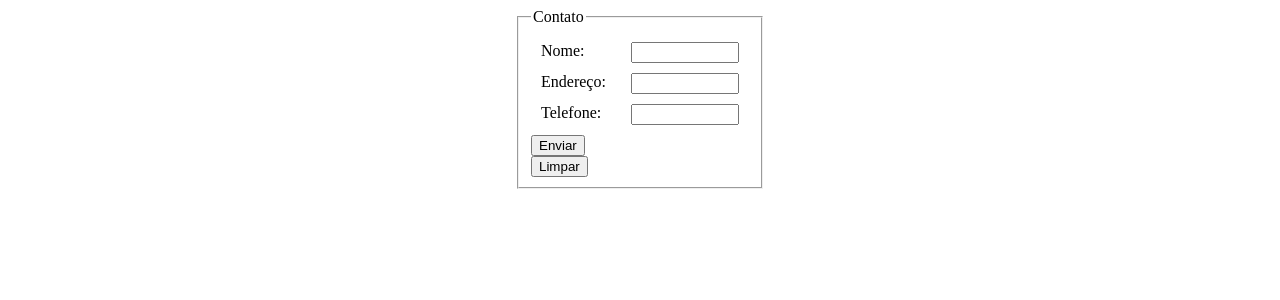
Repository: daniloserafim/trilha-backend-senai
Page: exemploServlet/WebContent/contato.html
These files come from the project's save history. The page is drawn as it stood at one moment and after the next save; the edit follows.
The browser window is 1280 px wide. The pictures show the whole page.

Above is the page before, as saved 2022-05-31 23:52:31.

### exemploServlet/WebContent/contato.html
<!DOCTYPE html>
<html>
<head>
<meta charset="ISO-8859-1">
<title>Insert title here</title>
<link rel="stylesheet" type="text/css" href="style.css">
</head>
<body>
	<form class="form" action="insereContato">
		<fieldset>
			<legend>Contato</legend>
			<div class="form-box">
				<div class="nome-box item-box">
					<div class="nome-title title-box">
						<label>Nome:</label>
					</div>
					<div class="nome-input input-box">
						<input type="text" name="nome" required>
					</div>
				</div>
				<div class="endereco-box item-box">
					<div class="endereco-title title-box">
						<label>Endereço:</label>
					</div>
					<div class="endereco-input input-box">
						<input required>
					</div>
				</div>
				<div class="telefone-box item-box">
					<div class="telefone-title title-box">
						<label>Telefone:</label>
					</div>
					<div class="telefone-input input-box">
						<input required>
					</div>
				</div>
				<div class="buttons-box">
					<div class="enviar-button-box button-box">
						<button class="enviar-button">
							Enviar
						</button>
					</div>
					<div class="limpar-button-box button-box">
						<button class="limpar-button">
							Limpar
						</button>
					</div>
				</div>
			</div>
		</fieldset>
	</form>
</body>
</html>

### exemploServlet/WebContent/style.css
@charset "ISO-8859-1";


body {
	display: flex;
	justify-content: center;
	align-items: center;
}

.form {
	width: 250px;
}

input {
	width: 100px;
}

.item-box {
	display: flex;
	flex-direction: row;
	margin: 10px;
	justify-content: space-between;
}

.title-box {
	margin-right: 10px;
}

After the next save:
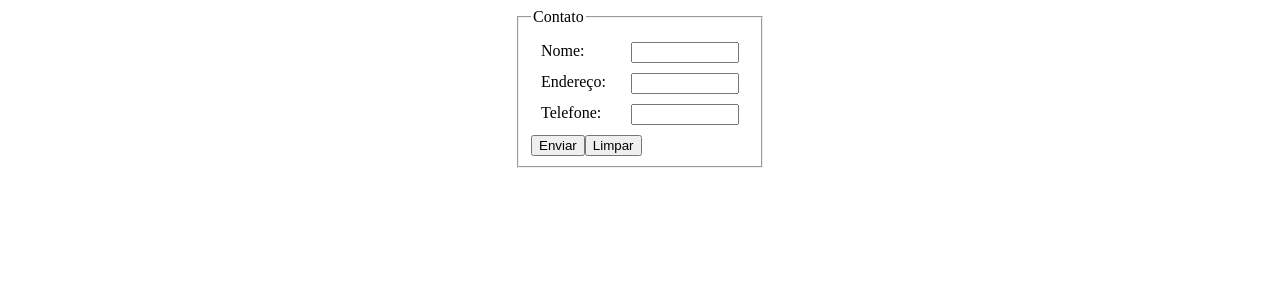
Saved 44 s later.
--- a/exemploServlet/WebContent/style.css
+++ b/exemploServlet/WebContent/style.css
@@ -25,3 +25,8 @@ input {
 .title-box {
 	margin-right: 10px;
 }
+
+.buttons-box {
+	display: flex;
+	flex-direction: row;
+}
